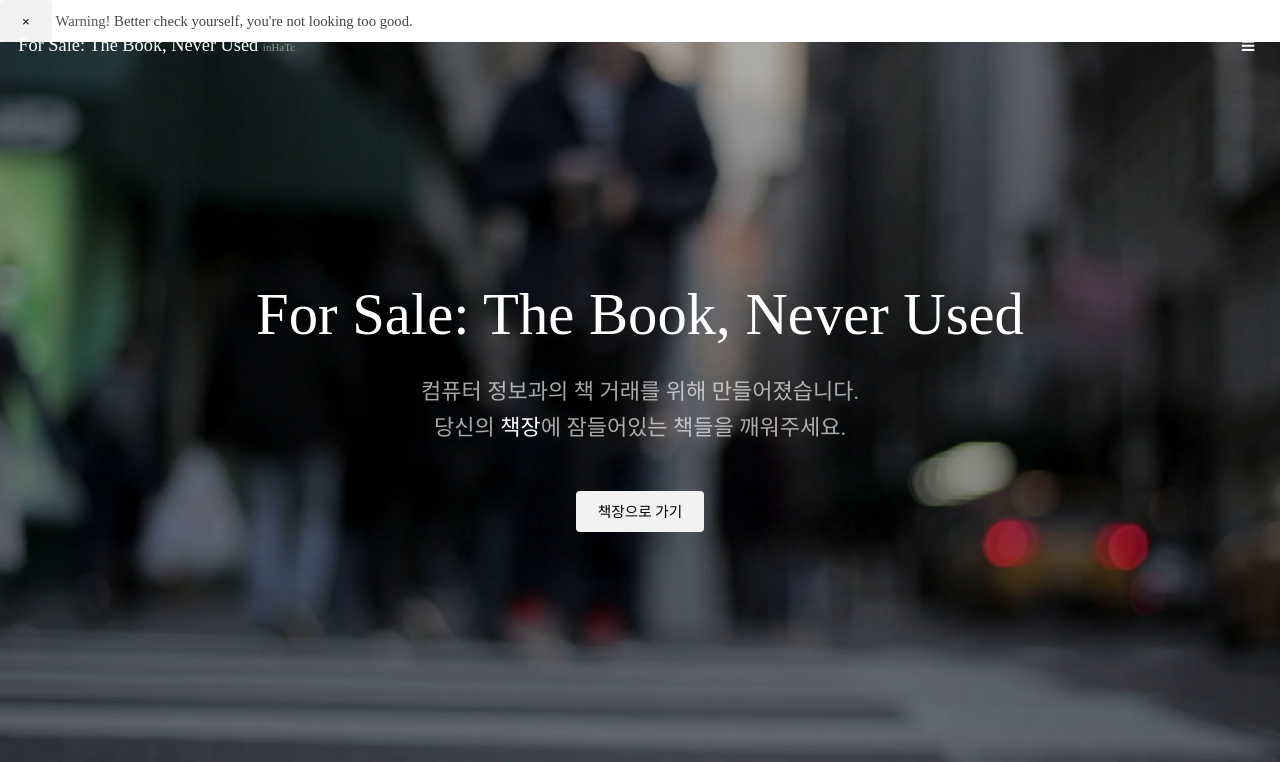
Repository: charmingjae/swproject
Page: http://localhost/bookBoard/templated-transitive/index.jsp
An editor plug-in stored every save of this project. The page is shown before and after the next save, followed by the edit.
The browser window is 1280 px wide. The pictures show the whole page.
Some web fonts or font styles are not loaded; a fallback is used. The page is served by Tomcat 9. Queries for data that is not in the repository find no rows.

Above is the page before, as saved 2019-12-14 11:01:04.

After the next save:
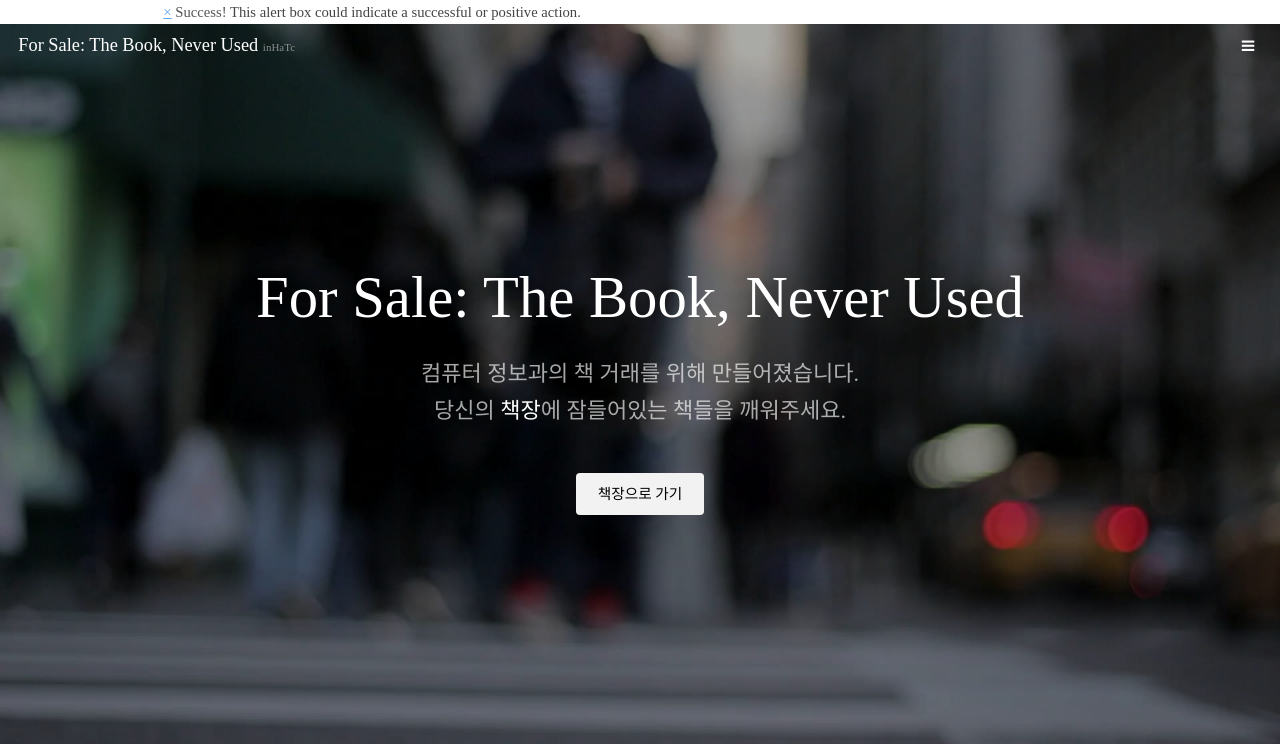
Saved 38 s later.
--- a/JSP/bookBoard/bookBoard/WebContent/templated-transitive/index.jsp
+++ b/JSP/bookBoard/bookBoard/WebContent/templated-transitive/index.jsp
@@ -19,10 +19,12 @@
 				<a href="#menu" class="toggle"><span>Menu</span></a>
 			</header>
 
-			<div class="alert alert-warning alert-dismissible" role="alert">
-			  <button type="button" class="close" data-dismiss="alert" aria-label="Close"><span aria-hidden="true">&times;</span></button>
-			  <strong>Warning!</strong> Better check yourself, you're not looking too good.
-			</div>
+			<div class="container">
+  <div class="alert alert-success">
+    <a href="#" aria-label="close">&times;</a>
+    <strong>Success!</strong> This alert box could indicate a successful or positive action.
+  </div>
+</div>
 
 		<!-- Nav -->
 			<nav id="menu">
